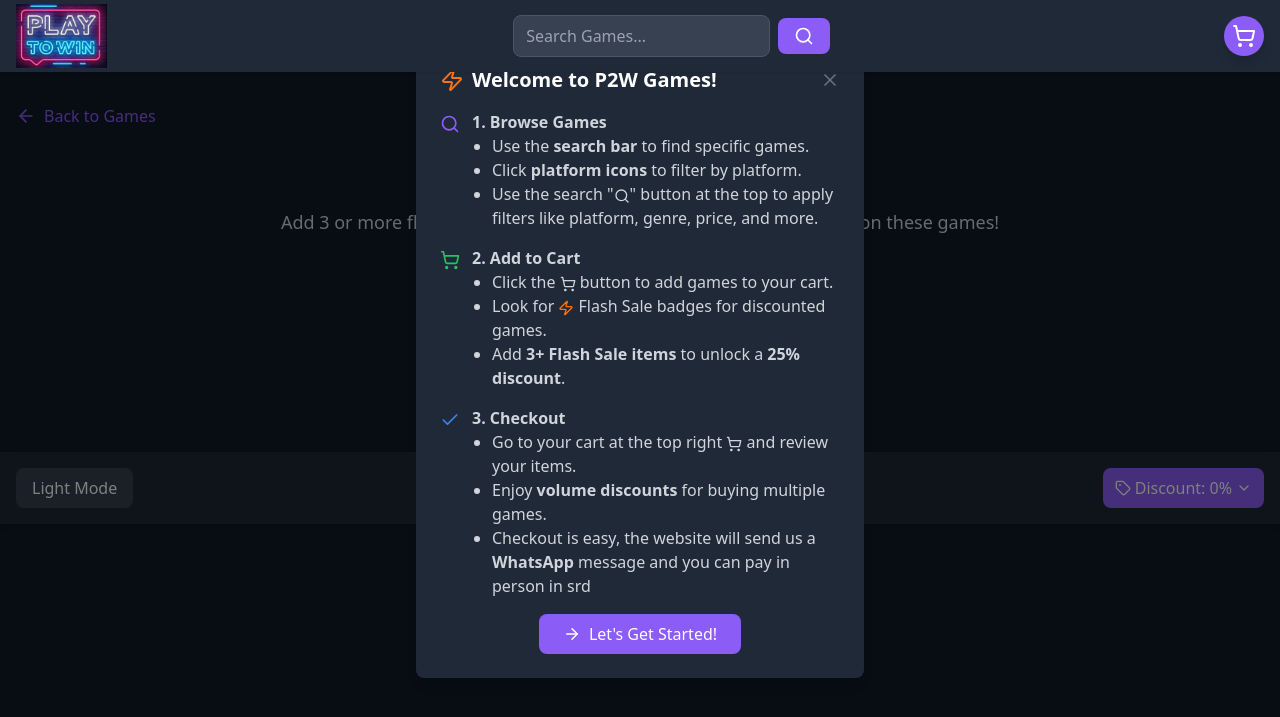
Repository: Play2Win777/P2W-Superbase
Page: /flash-sale
The author's editor kept a copy of each file at every save. The page is drawn from the files as they stood at one save, then again after the next save.
The browser window is 1280 px wide. The pictures show the whole page.
The page's requests for data from a server got no answer. The project was rebuilt for these pictures with package versions that can differ from the ones it lists, and the page was loaded fresh each time. No one was signed in, and anything a server would have sent is missing. Also part of the build but not shown: vite.config.ts, src/components/Filters.tsx, src/components/GameCard.tsx, src/components/FlashSaleBadge.tsx, src/pages/GameDetails.tsx, src/pages/Checkout.tsx.

Above is the page before, as saved 2025-03-17 17:19:41.

After the next save:
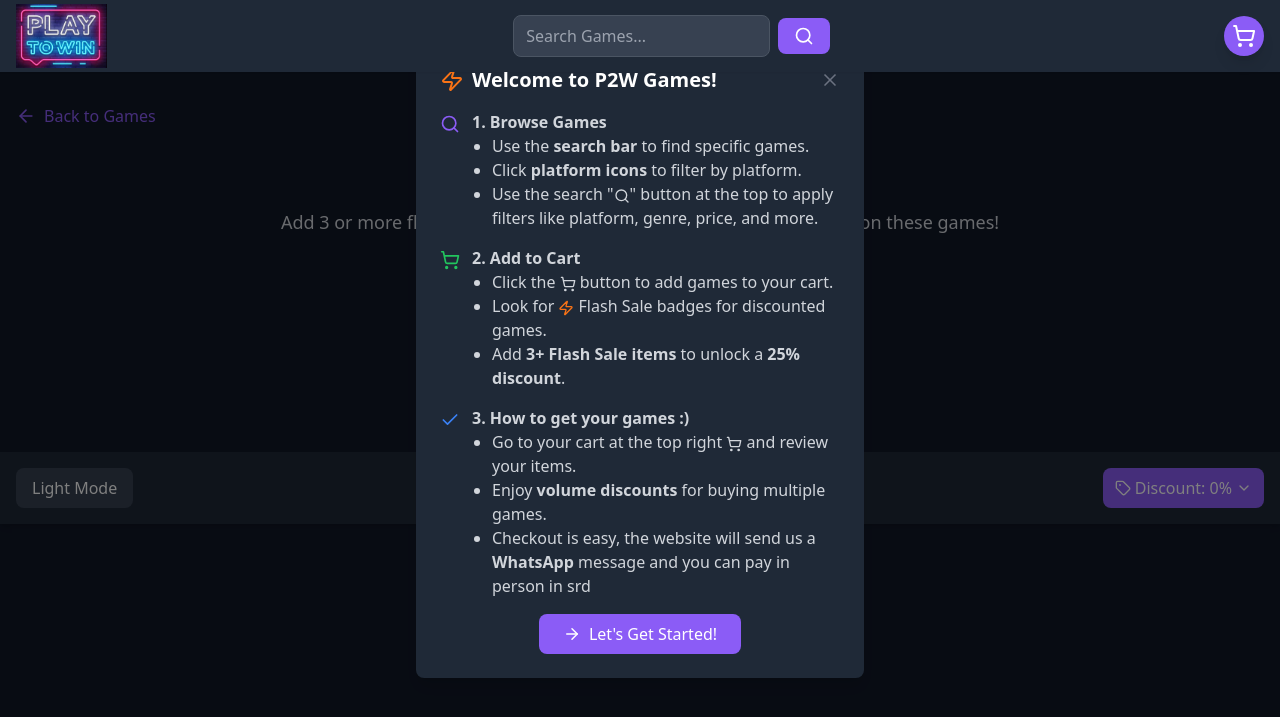
Saved 49 s later.
--- a/src/App.tsx
+++ b/src/App.tsx
@@ -73,7 +73,7 @@ const IntroModal = () => {
           <div className="flex items-start gap-3">
             <Check size={20} className="flex-shrink-0 mt-1 text-blue-500" />
             <div>
-              <p className="font-semibold">3. Checkout</p>
+              <p className="font-semibold">3. How to get your games :)</p>
               <ul className="list-disc pl-5">
                 <li>Go to your cart at the top right <ShoppingCart size={16} className="inline" /> and review your items.</li>
                 <li>Enjoy <strong>volume discounts</strong> for buying multiple games.</li>
